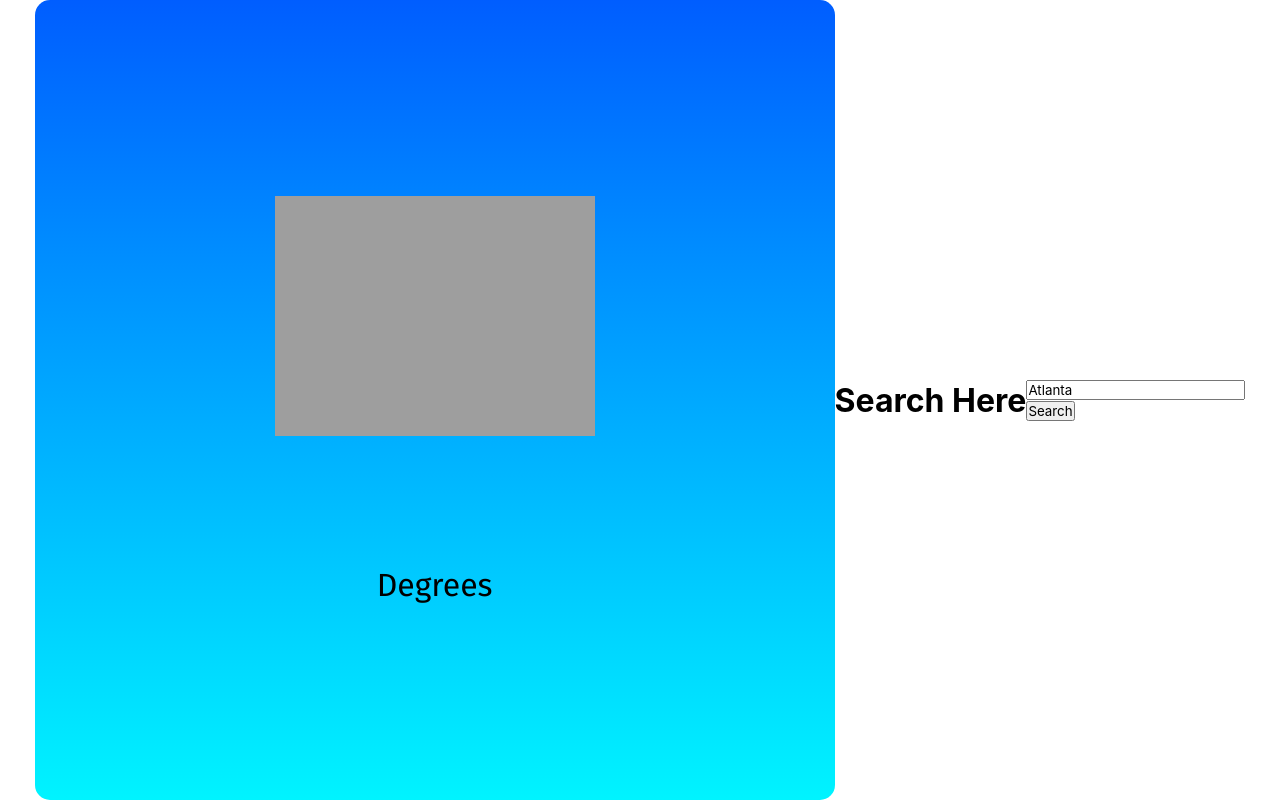
Repository: sayrilamar/chumsweatherapp
Page: /
An editor plug-in stored every save of this project. The page is shown before and after the next save, followed by the edit.
The browser window is 1280 px wide. The pictures show the whole page.
Pictures or frames that could not be fetched are drawn as grey boxes. The page's requests for data from a server got no answer. The project was rebuilt for these pictures with package versions that can differ from the ones it lists, and the page was loaded fresh each time. No one was signed in, and anything a server would have sent is missing.

Above is the page before, as saved 2020-04-18 16:54:00.

After the next save:
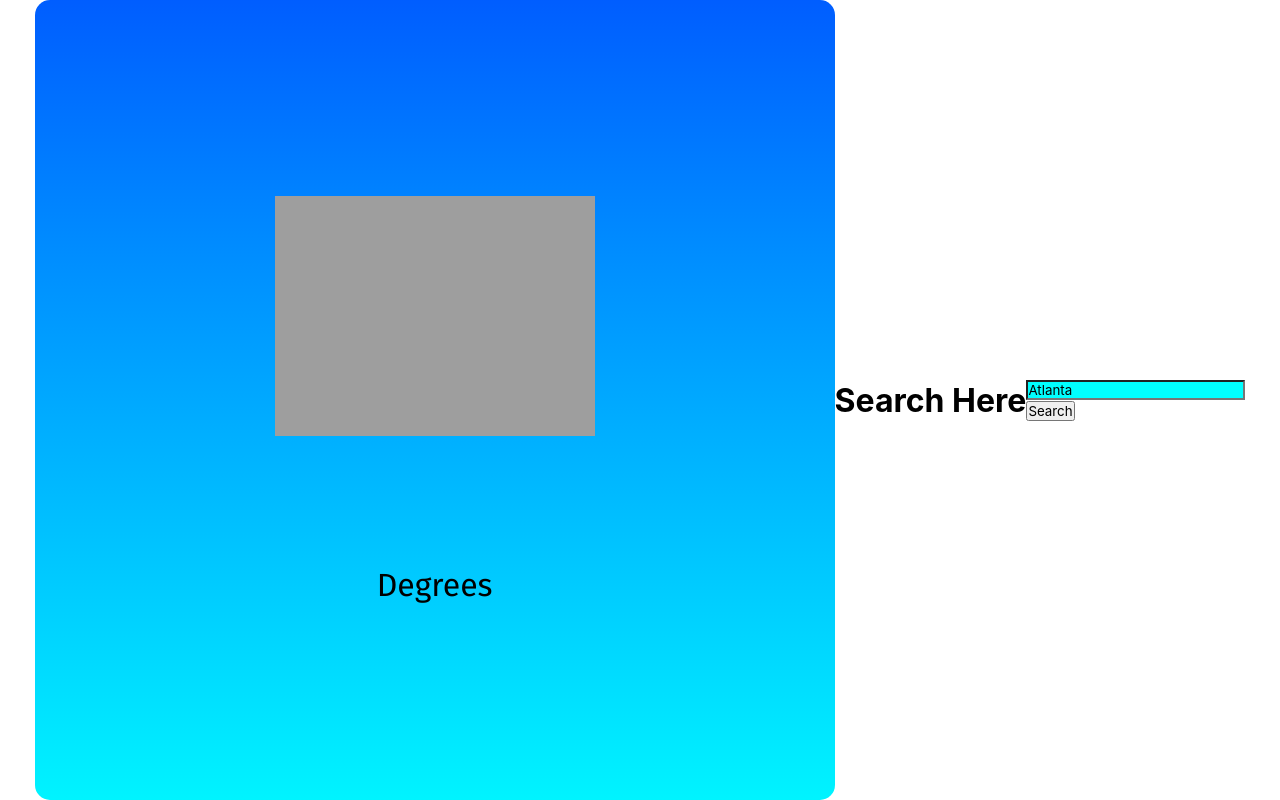
Saved 22 s later.
--- a/src/App.js
+++ b/src/App.js
@@ -43,7 +43,10 @@ function App() {
       <h1>Search Here</h1>
       <form>
         <div>
-          <input id="input" value={query} onChange={e => setQuery(e.target.value)}/>
+          <input
+            className="input"
+            value={query}
+            onChange={e => setQuery(e.target.value)}/>
         </div>
         <div>
           <button onClick={e => handleSearch(e)}>Search</button>
